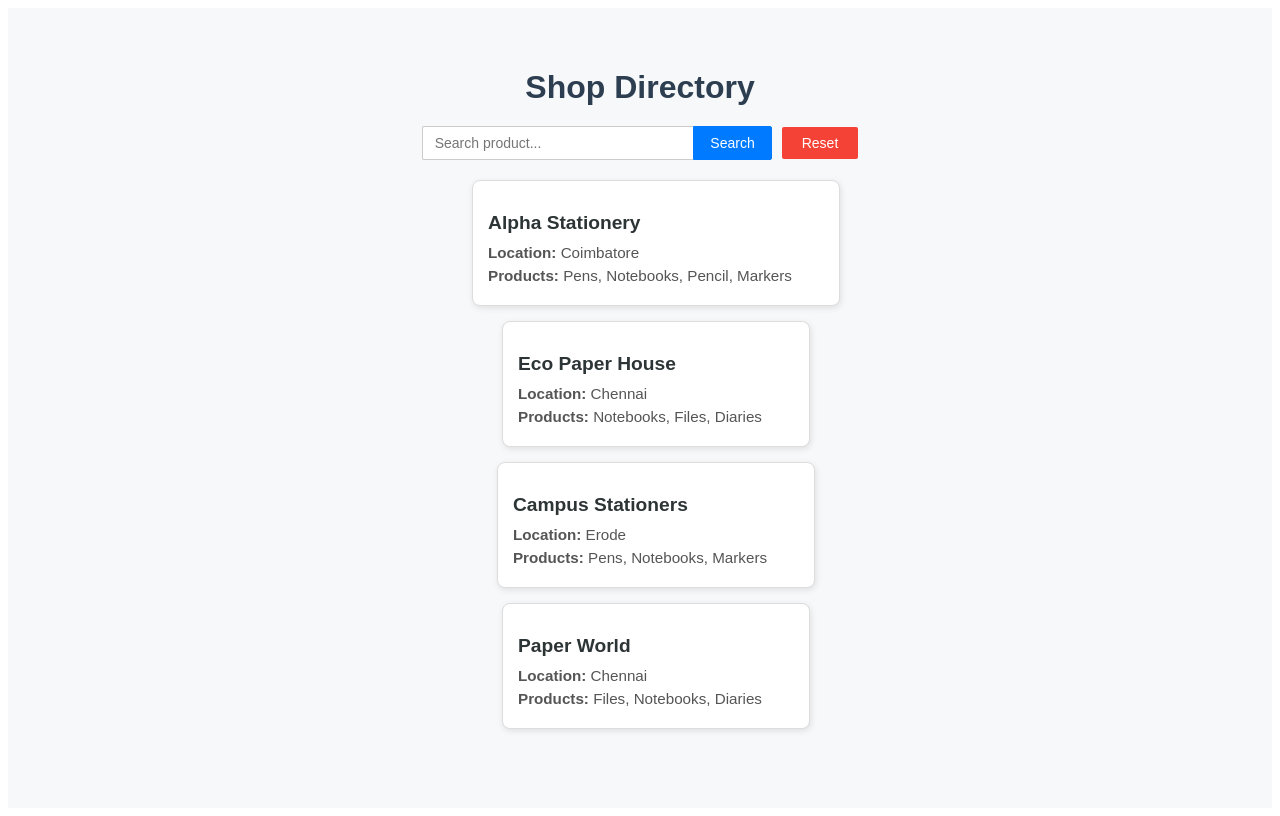
Repository: Pavithra-09git/CarSort
Page: /shop/1
An editor plug-in stored every save of this project. The page is shown before and after a run of saves, followed by the edit.
The browser window is 1280 px wide. The pictures show the whole page.
The project was rebuilt for these pictures with package versions that can differ from the ones it lists, and the page was loaded fresh each time. Also part of the build but not shown: vite.config.js, src/assets/Component/CardDetailPage.jsx.

Above is the page before, as saved 2025-10-26 15:50:28.

After the next 10 saves:
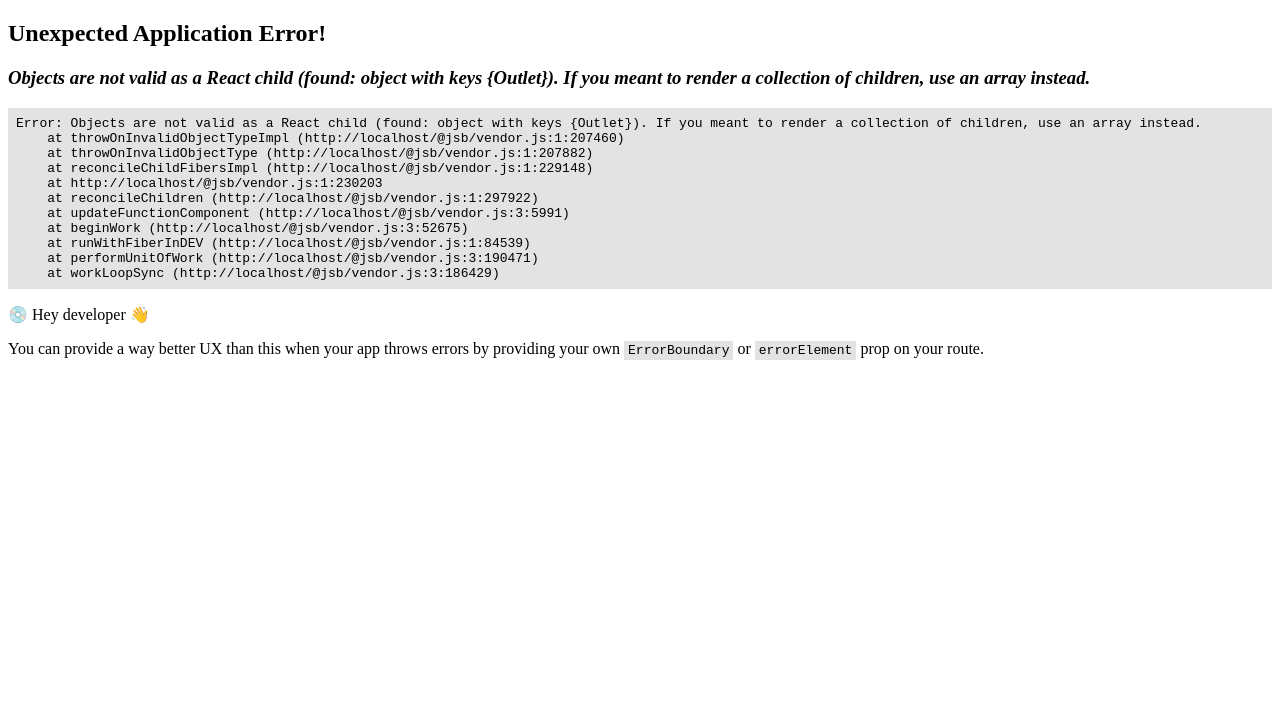
The 10 saves are shown as one change because they came seconds apart.
The last was saved 21 s later.
--- a/src/App.jsx
+++ b/src/App.jsx
@@ -2,11 +2,12 @@ import React from "react";
 import { shops } from "./data";
 import Home from "./assets/Component/Home";
 import "./App.css";
+import { Outlet } from "react-router-dom";
 
 
 function App() {
   return(
- <Home shops={shops} />
+{Outlet}
 
   )
 
